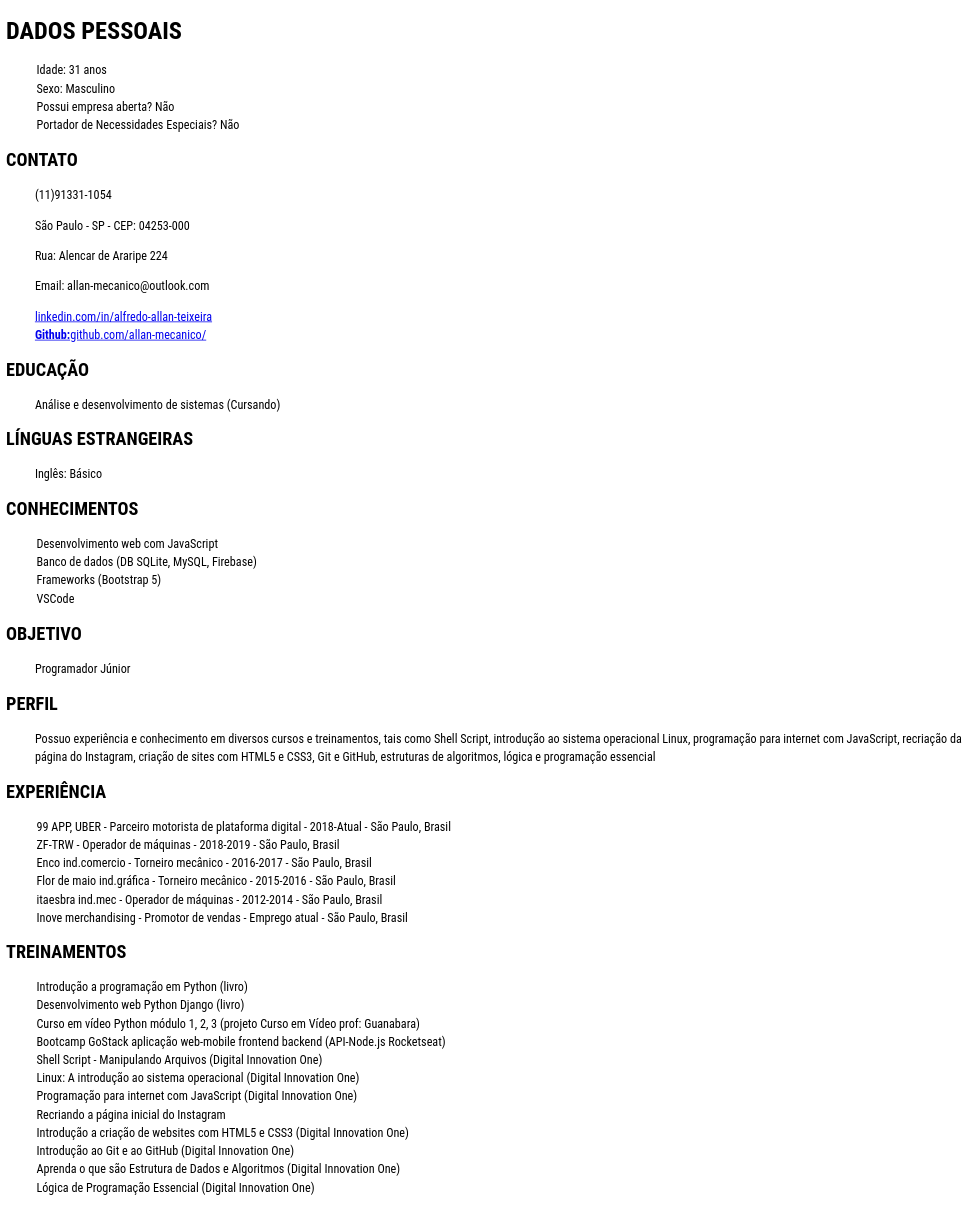
Repository: alfredo-allan/Portfolio
Page: curriculo.html
These files come from the project's save history. The page is drawn as it stood at one moment and after the next save; the edit follows.
The browser window is 1280 px wide. The pictures show the whole page, at 76% of full size.

Above is the page before, as saved 2024-03-20 15:11:23.

After the next save:
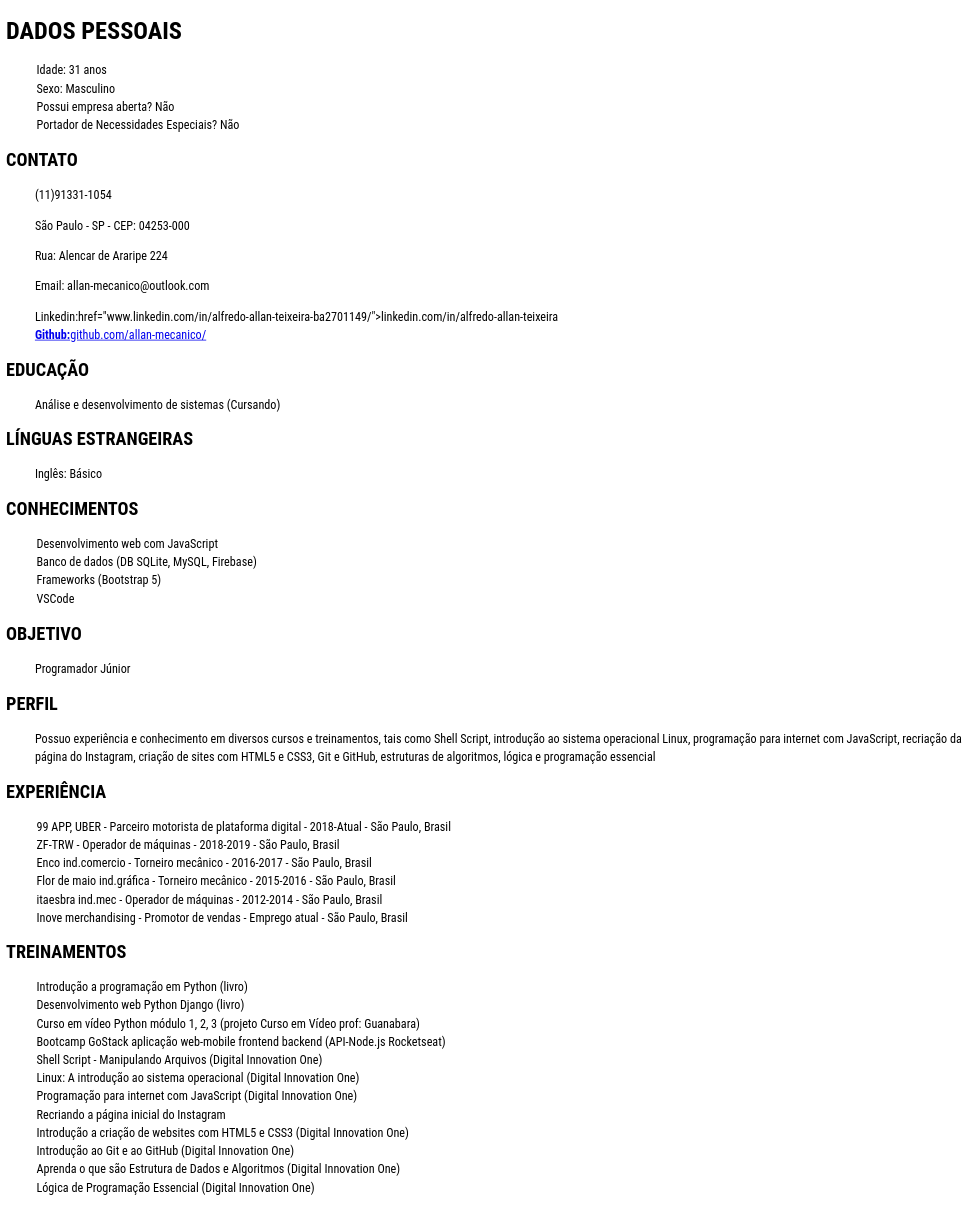
Saved 6 s later.
--- a/curriculo.html
+++ b/curriculo.html
@@ -25,7 +25,7 @@
 	<p>Rua: Alencar de Araripe 224</p>
 	<p>Email: allan-mecanico@outlook.com</p>
 
-	<a href="www.linkedin.com/in/alfredo-allan-teixeira-ba2701149/">linkedin.com/in/alfredo-allan-teixeira</a>
+	<a <strong>Linkedin:</strong>href="www.linkedin.com/in/alfredo-allan-teixeira-ba2701149/">linkedin.com/in/alfredo-allan-teixeira</a>
 	<br>
 	<a href="https://github.com/allan-mecanico/"><strong>Github:</strong>github.com/allan-mecanico/</a>
 
